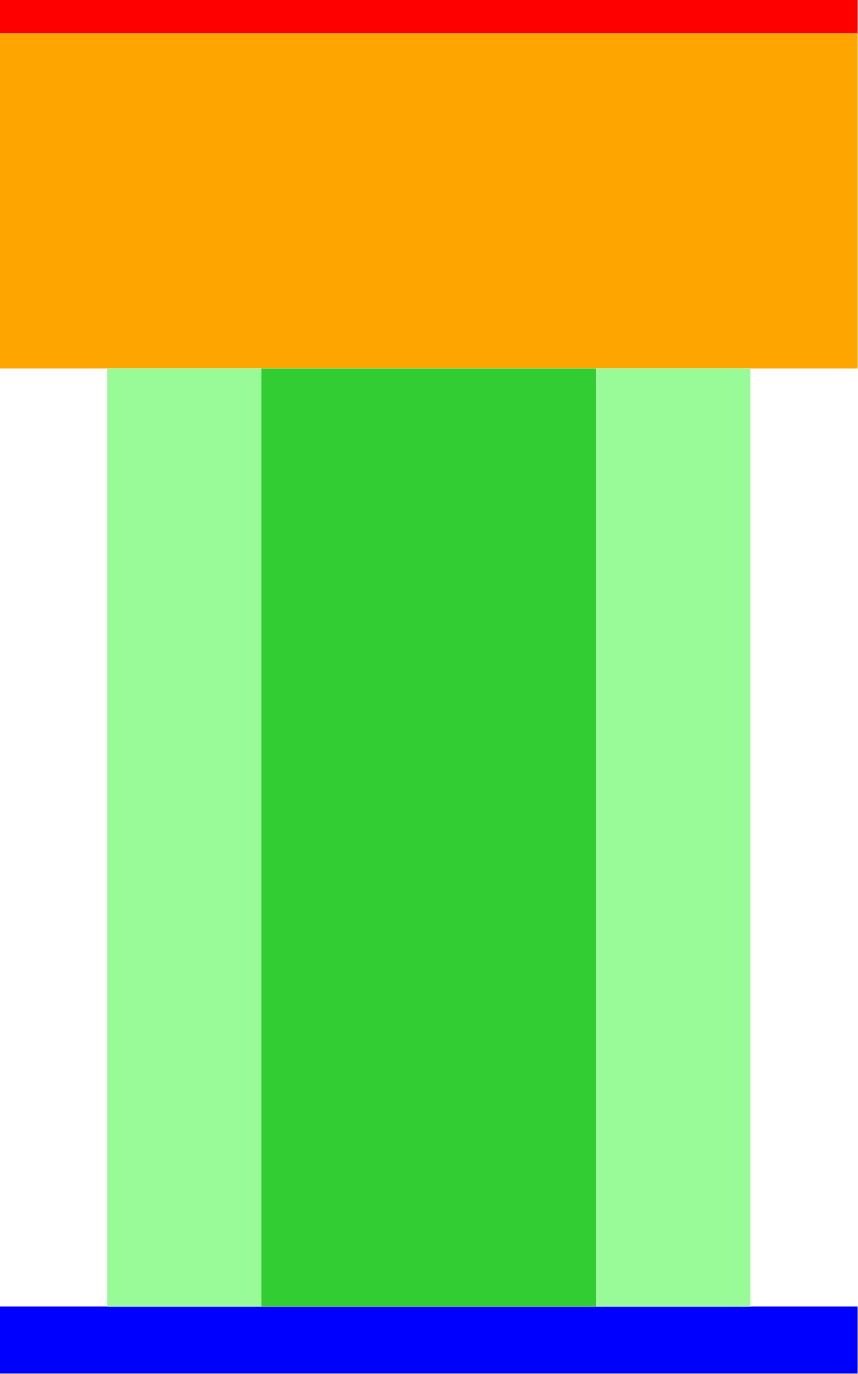
Repository: yesohnuki/shinya-ohnuki
Page: caravan/chapter4_exercise.html
The author's editor kept a record of every edit. The page is drawn from the files as they stood at one moment, then again after the next edit.
The browser window is 1280 px wide. The pictures show the whole page, at 67% of full size.

Above is the page before.

After the next edit:
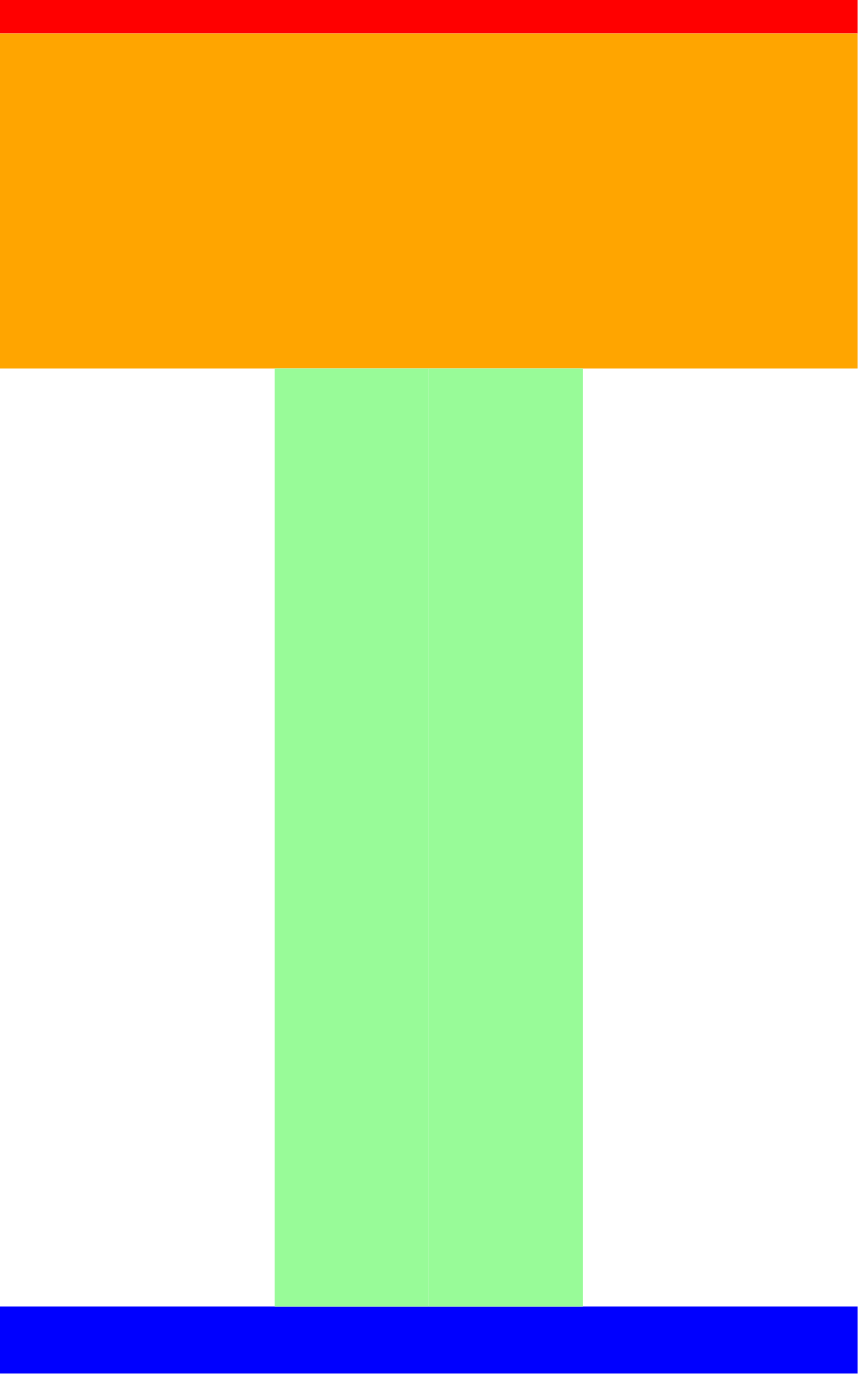
The edit:
--- a/caravan/chapter4_exercise.css
+++ b/caravan/chapter4_exercise.css
@@ -29,12 +29,6 @@
   background-color: blue;
 }
 
-.brog {
-  width: 500px;
-  height: 1400px;
-  background-color: limegreen;
-}
-
 .sidebar-left {
   width: 230px;
   height: 1400px;

After the edit that followed:
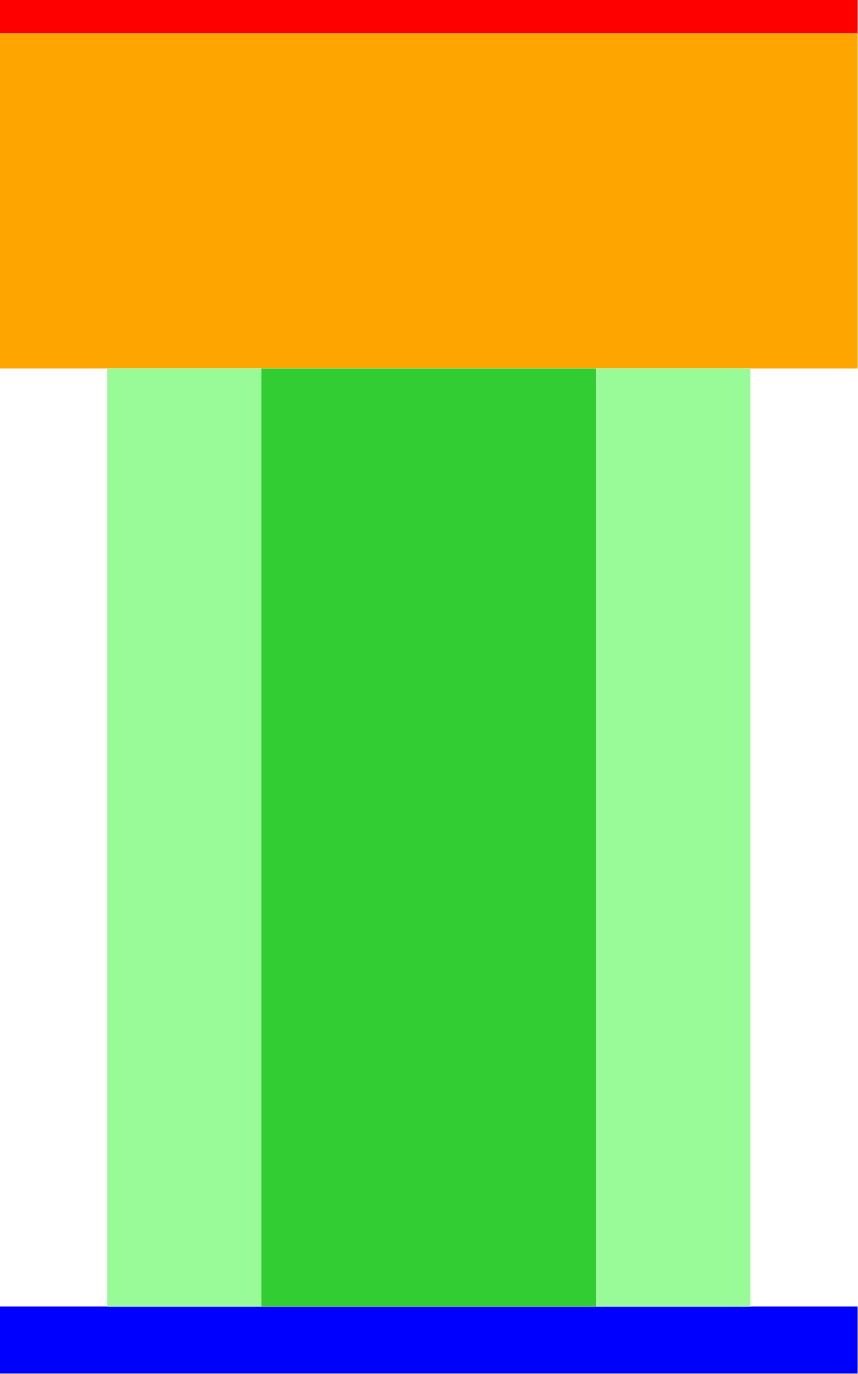
The edit:
--- a/caravan/chapter4_exercise.css
+++ b/caravan/chapter4_exercise.css
@@ -35,6 +35,12 @@
   background-color: palegreen;
 }
 
+.brog {
+  width: 500px;
+  height: 1400px;
+  background-color: limegreen;
+}
+
 .sidebar-right {
  width: 230px;
  height: 1400px;
